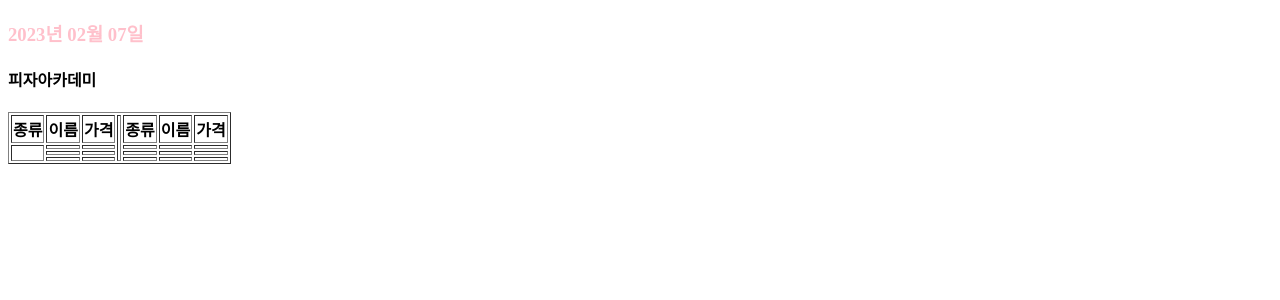
Repository: yejin0220/Web-workspace1
Page: http://localhost/2_JSP/views/04_PizzaOrderForm.jsp
These files come from the project's save history. The page is drawn as it stood at one moment and after the next save; the edit follows.
The browser window is 1280 px wide. The pictures show the whole page.
The page is served by Tomcat 9.

Above is the page before, as saved 2023-02-09 00:59:02.

After the next save:
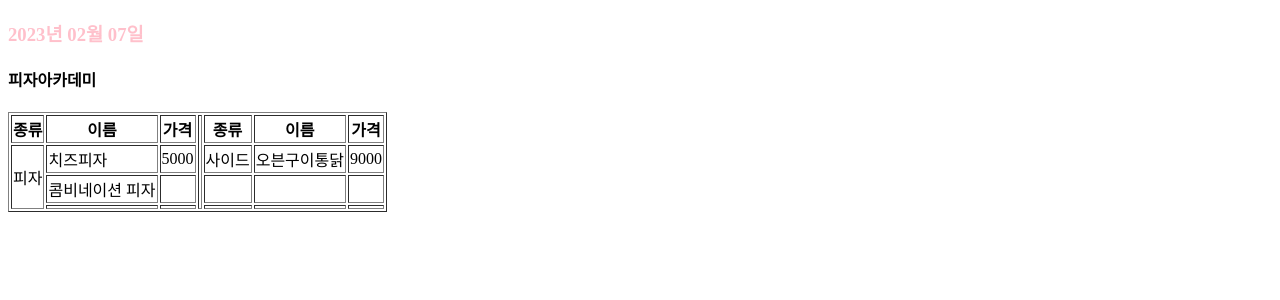
Saved 49 s later.
--- a/2_JSP/WebContent/views/04_PizzaOrderForm.jsp
+++ b/2_JSP/WebContent/views/04_PizzaOrderForm.jsp
@@ -35,16 +35,16 @@
 			<th>가격</th>
 		</tr>
 		<tr>
-			<td rowspan="3"></td>
-			<td></td>
-			<td></td>
-			<td></td>
-			<td></td>
-			<td></td>
+			<td rowspan="3">피자</td>
+			<td>치즈피자</td>
+			<td>5000</td>
+			<td rowsapn="3">사이드</td>
+			<td>오븐구이통닭</td>
+			<td>9000</td>
 
 		</tr>
 		<tr>
-			<td></td>
+			<td>콤비네이션 피자</td>
 			<td></td>
 			<td></td>
 			<td></td>
